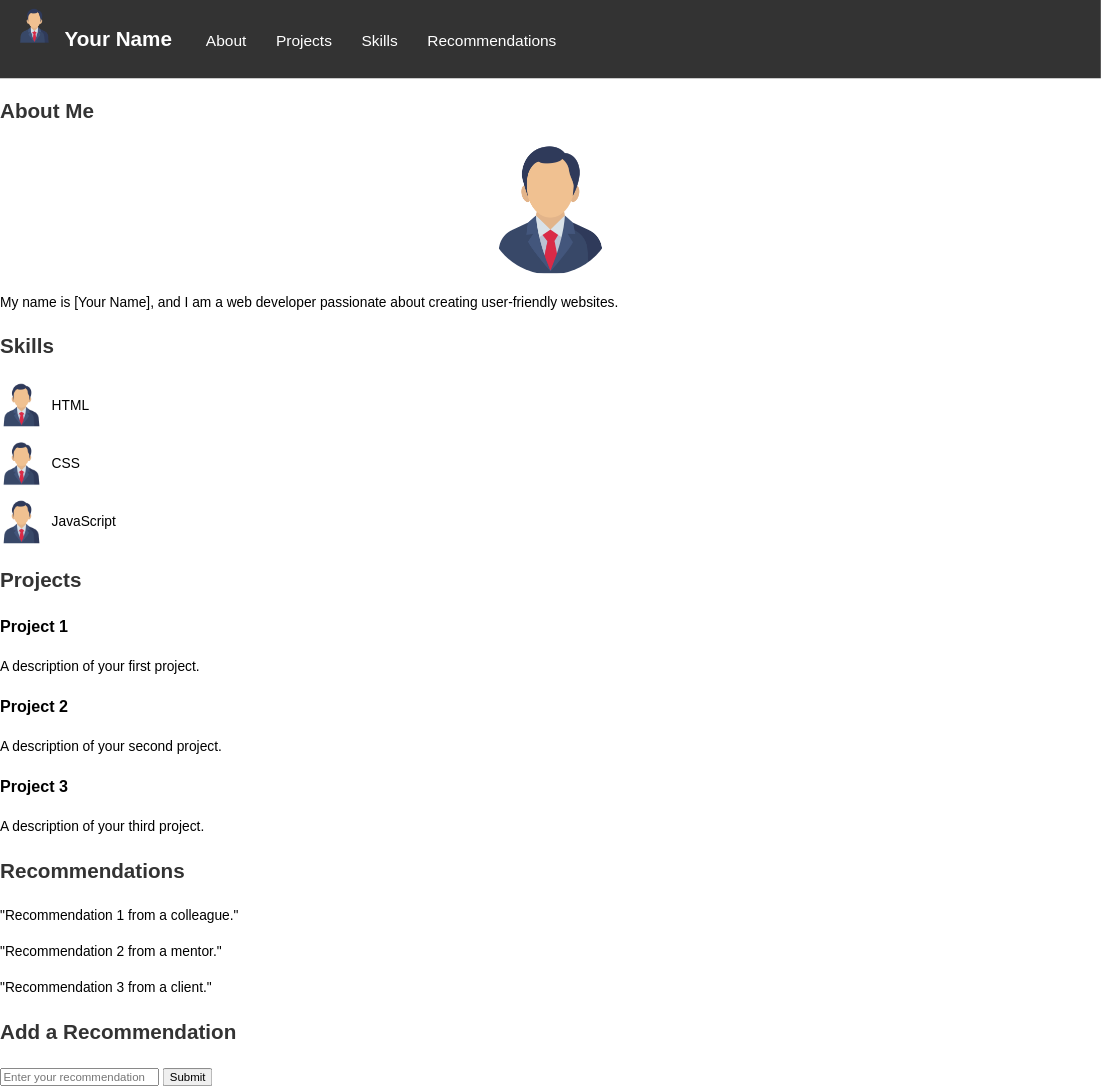
Repository: adityashirsath2003/forkrepo
Page: index.html
The author's editor kept a copy of each file at every save. The page is drawn from the files as they stood at one save, then again after the next save.
The browser window is 1280 px wide. The pictures show the whole page, at 86% of full size.

Above is the page before, as saved 2024-10-23 15:46:10.

### index.html
<!DOCTYPE html>
<html lang="en">
<head>
    <meta charset="UTF-8">
    <meta name="viewport" content="width=device-width, initial-scale=1.0">
    <title>Your Portfolio</title>
    <link rel="stylesheet" href="styles.css">
</head>
<body>
    <header>
        <img src="images/manager.png" alt="Home Icon" class="home-icon">
        <h1 class="name">Your Name</h1>
        <nav>
            <ul>
                <li><a href="#about">About</a></li>
                <li><a href="#projects">Projects</a></li>
                <li><a href="#skills">Skills</a></li>
                <li><a href="#recommendations">Recommendations</a></li>
            </ul>
        </nav>
    </header>

    <section id="about">
        <h2>About Me</h2>
        <img src="images/manager.png" alt="Profile Image" class="profile-pic">
        <p>My name is [Your Name], and I am a web developer passionate about creating user-friendly websites.</p>
    </section>

    <section id="skills">
        <h2>Skills</h2>
        <div class="skill">
            <img src="images/manager.png" alt="HTML Logo" class="skill-logo">
            <p>HTML</p>
        </div>
        <div class="skill">
            <img src="images/manager.png" alt="CSS Logo" class="skill-logo">
            <p>CSS</p>
        </div>
        <div class="skill">
            <img src="images/manager.png" alt="JavaScript Logo" class="skill-logo">
            <p>JavaScript</p>
        </div>
    </section>

    <section id="projects">
        <h2>Projects</h2>
        <div class="project">
            <h3>Project 1</h3>
            <p>A description of your first project.</p>
        </div>
        <div class="project">
            <h3>Project 2</h3>
            <p>A description of your second project.</p>
        </div>
        <div class="project">
            <h3>Project 3</h3>
            <p>A description of your third project.</p>
        </div>
    </section>

    <section id="recommendations">
        <h2>Recommendations</h2>
        <div class="recommendation">
            <p>"Recommendation 1 from a colleague."</p>
        </div>
        <div class="recommendation">
            <p>"Recommendation 2 from a mentor."</p>
        </div>
        <div class="recommendation">
            <p>"Recommendation 3 from a client."</p>
        </div>
    </section>

    <section id="add-recommendation">
        <h2>Add a Recommendation</h2>
        <form id="recommendationForm">
            <input type="text" id="newRecommendation" placeholder="Enter your recommendation" required>
            <button type="submit">Submit</button>
        </form>
    </section>

    <script src="script.js"></script>
</body>
</html>

### styles.css
body {
    font-family: Arial, sans-serif;
    line-height: 1.6;
    margin: 0;
    padding: 0;
}

header {
    background: #333;
    color: #fff;
    padding: 10px 20px;
    position: relative;
}

.name {
    display: inline-block;
    font-size: 24px;
    font-weight: bold;
}

nav {
    display: inline-block;
    margin-left: 20px;
}

nav ul {
    list-style: none;
    padding: 0;
}

nav ul li {
    display: inline;
    margin: 0 15px;
}

nav ul li a {
    color: #fff;
    text-decoration: none;
    font-size: 18px;
}

nav ul li a:hover {
    color: #007BFF;
    text-decoration: underline;
    font-style: italic;
}

.profile-pic {
    width: 150px;
    border-radius: 50%;
    display: block;
    margin: 20px auto;
}

.skill {
    display: flex;
    align-items: center;
    margin: 10px 0;
}

.skill-logo {
    width: 50px;
    margin-right: 10px;
}

.project {
    margin: 10px 0;
}

.recommendation {
    margin: 10px 0;
}

.home-icon {
    width: 40px;
    float: left;
    margin-right: 15px;
}

h2 {
    color: #333;
}

### script.js
document.getElementById('recommendationForm').addEventListener('submit', function(e) {
    e.preventDefault();
    const newRec = document.getElementById('newRecommendation').value;
    if (newRec) {
        const recSection = document.querySelector('#recommendations');
        const newRecElement = document.createElement('div');
        newRecElement.classList.add('recommendation');
        newRecElement.innerHTML = `<p>"${newRec}"</p>`;
        recSection.appendChild(newRecElement);
        document.getElementById('newRecommendation').value = '';
        alert('Recommendation added successfully!');
    }
});

After the next save:
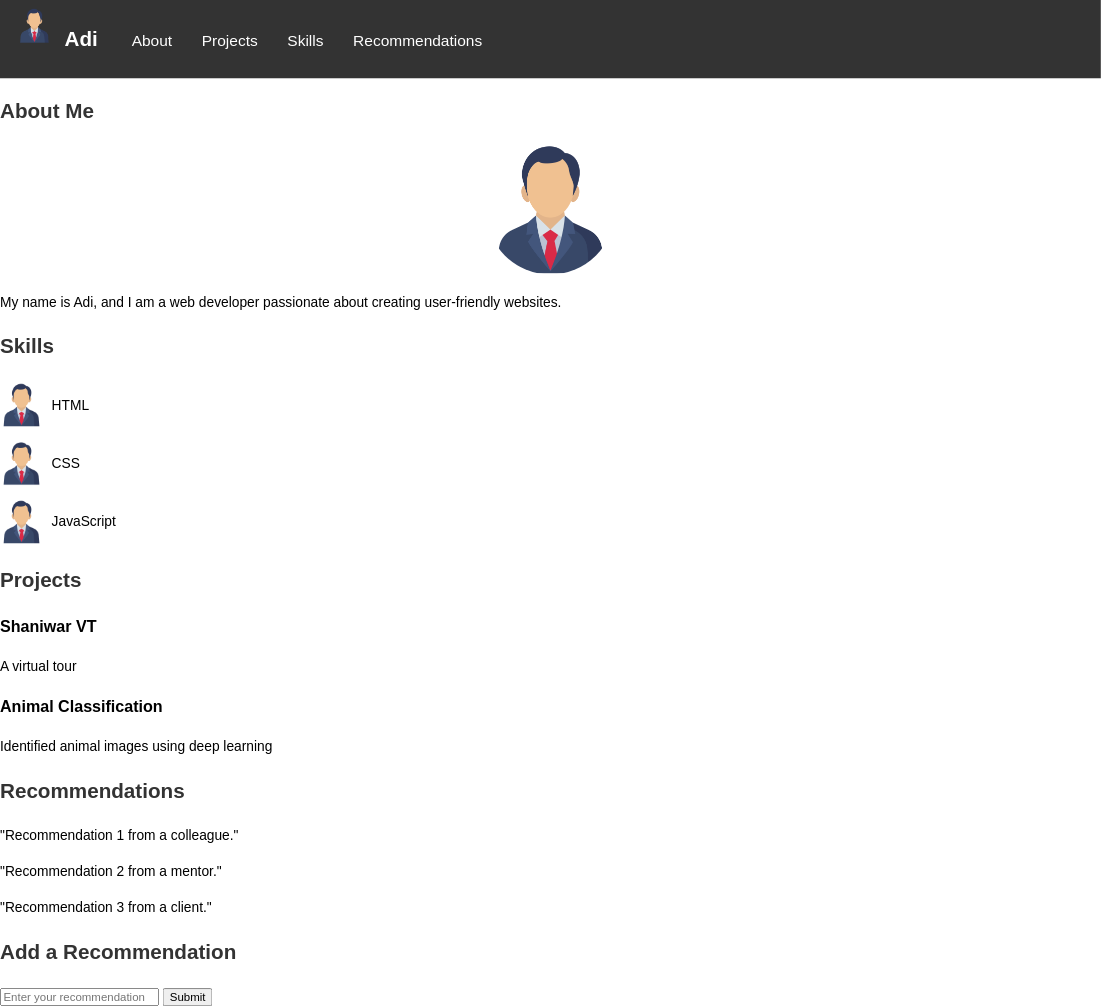
Saved 109 s later.
--- a/index.html
+++ b/index.html
@@ -9,7 +9,7 @@
 <body>
     <header>
         <img src="images/manager.png" alt="Home Icon" class="home-icon">
-        <h1 class="name">Your Name</h1>
+        <h1 class="name">Adi</h1>
         <nav>
             <ul>
                 <li><a href="#about">About</a></li>
@@ -23,7 +23,7 @@
     <section id="about">
         <h2>About Me</h2>
         <img src="images/manager.png" alt="Profile Image" class="profile-pic">
-        <p>My name is [Your Name], and I am a web developer passionate about creating user-friendly websites.</p>
+        <p>My name is Adi, and I am a web developer passionate about creating user-friendly websites.</p>
     </section>
 
     <section id="skills">
@@ -45,16 +45,12 @@
     <section id="projects">
         <h2>Projects</h2>
         <div class="project">
-            <h3>Project 1</h3>
-            <p>A description of your first project.</p>
+            <h3>Shaniwar VT</h3>
+            <p>A virtual tour</p>
         </div>
         <div class="project">
-            <h3>Project 2</h3>
-            <p>A description of your second project.</p>
-        </div>
-        <div class="project">
-            <h3>Project 3</h3>
-            <p>A description of your third project.</p>
+            <h3>Animal Classification</h3>
+            <p>Identified animal images using deep learning</p>
         </div>
     </section>
 
